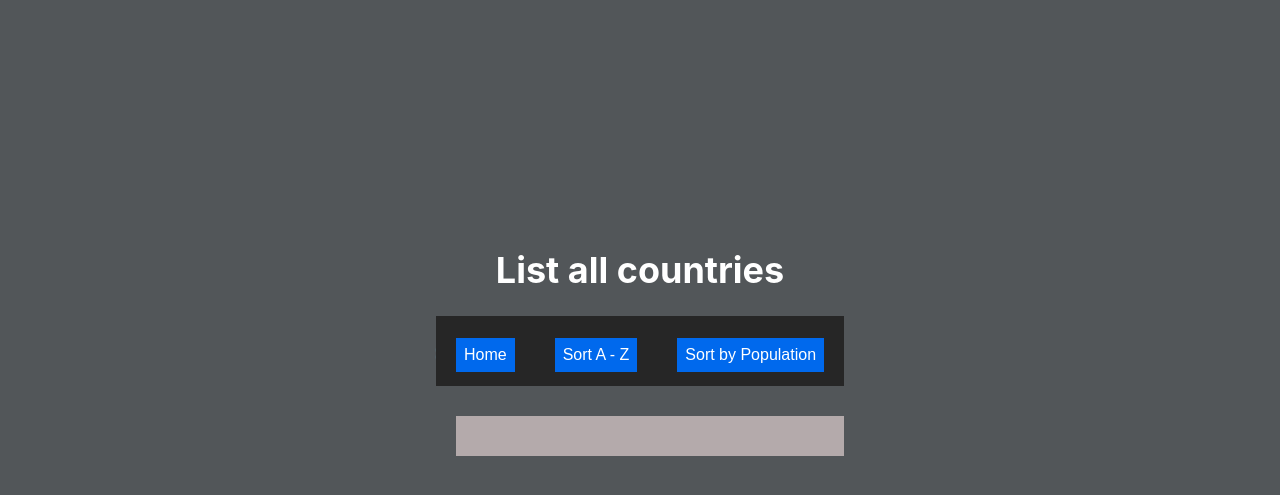
Repository: SaraHasan224/React-first-app
Page: /
These files come from the project's save history. The page is drawn as it stood at one moment and after a run of saves; the edit follows.
The browser window is 1280 px wide. The pictures show the whole page.
The page's requests for data from a server got no answer. The project was rebuilt for these pictures with package versions that can differ from the ones it lists, and the page was loaded fresh each time. No one was signed in, and anything a server would have sent is missing. Also part of the build but not shown: src/assets/views/countryCard/countryCard.scss, src/assets/views/countryCard/countryCard.js.

Above is the page before, as saved 2020-03-13 09:51:34.

After the next 6 saves:
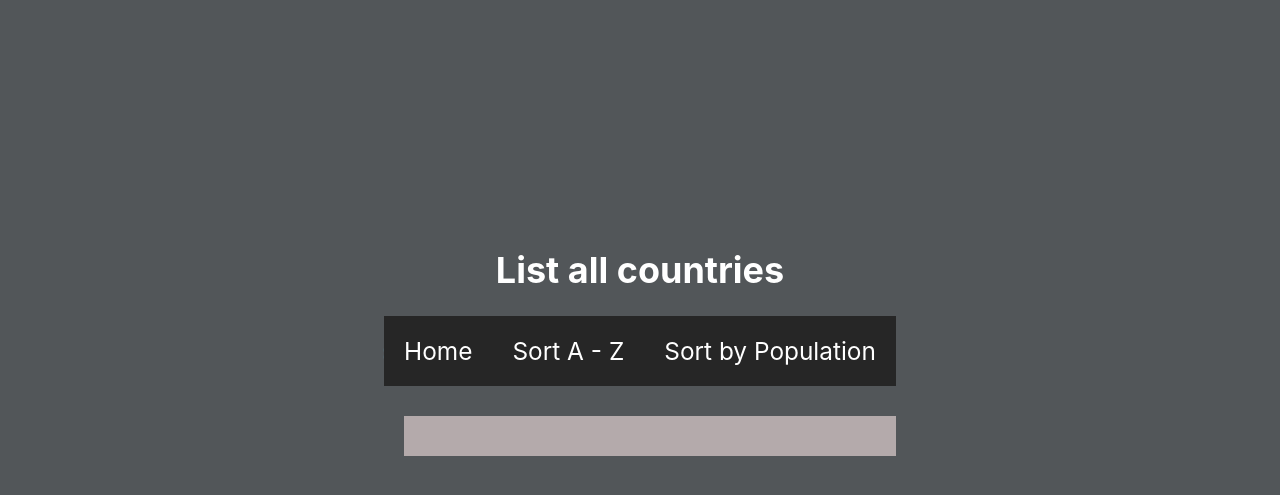
The 6 saves are shown as one change because they came seconds apart.
The last was saved 53 s later.
--- a/src/assets/views/countryHeader/countryHeader.js
+++ b/src/assets/views/countryHeader/countryHeader.js
@@ -17,8 +17,8 @@ function countryHeader(props)
               {
                 props.navigation.map((nav, index) => {
                   return(
-                    <li key={index}>
-                      <a href="#"><button onClick={nav.link}>{nav.title}</button></a>
+                    <li key={index} onClick={nav.link}>
+                      <a href="#">{nav.title}</a>
                     </li>
                   )
                 })
